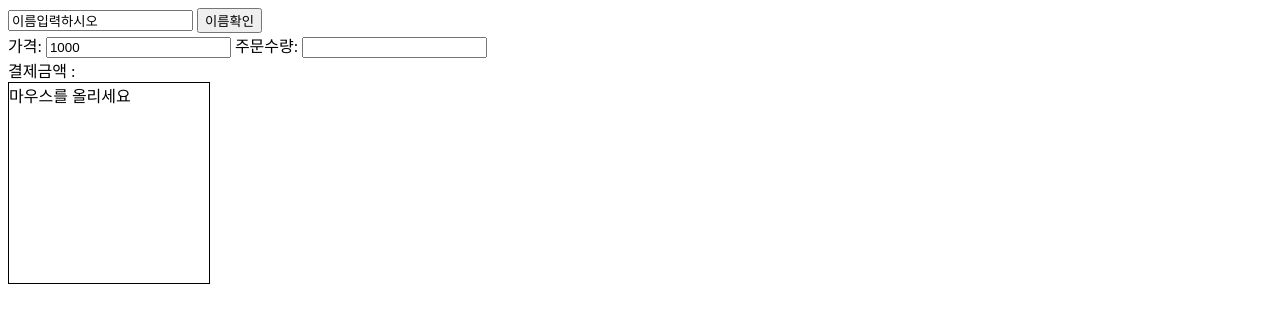
Repository: HmDol/Spring_study
Page: http://localhost/project1/Eventjsp.jsp
An editor plug-in stored every save of this project. The page is shown before and after the next save, followed by the edit.
The browser window is 1280 px wide. The pictures show the whole page.
The page is served by Tomcat 10. Other server files are loaded and not shown.

Above is the page before, as saved 2023-09-06 03:13:44.

### project1/src/main/webapp/Eventjsp.jsp
<%@ page language="java" contentType="text/html; charset=EUC-KR"
    pageEncoding="EUC-KR"%>
<!DOCTYPE html>
<html>
<head>
<meta charset="EUC-KR">
<title>Insert title here</title>
</head>
<script>
window.onload = () => {
//초기화
	//alert('윈도우 로드됨');
}
const a = () => {
	alert("당신의 이름은 "+f.t1.value+"입니다.");
}
const b = () => {
	//alert("결제금액은 " + (f.t2.value * f.t3.value) + "원 입니다.");
	let span = document.getElementById("res");
	span.innerHTML = (f.t2.value * f.t3.value) + "원 입니다.";
}

const c = () =>{
	f.t1.value="";
}

const d = () => {
	let d1 = document.getElementById("d1");
	d1.style.backgroundColor = "orange";
}

const e = () =>{
	let d1 = document.getElementById("d1");
	d1.style.backgroundColor = "";
}
</script>

<body>
<form action="" name="f">
<input type="text" name="t1" value="이름입력하시오" onfocus="c()">
<input type="button" nmae="b1" value="이름확인" onclick="a()"><br>
가격: <input type="text" name="t2" value="1000" readonly>
주문수량: <input type="number" name="t3" onchange="b()" ><br>
결제금액 : <span id="res"></span><br>
<div id="d1" style="width:200px; height:200px; border:1px solid black;" onmouseover="d()" onmouseout="e()">
마우스를 올리세요
</div>
</form>

</body>
</html>

After the next save:
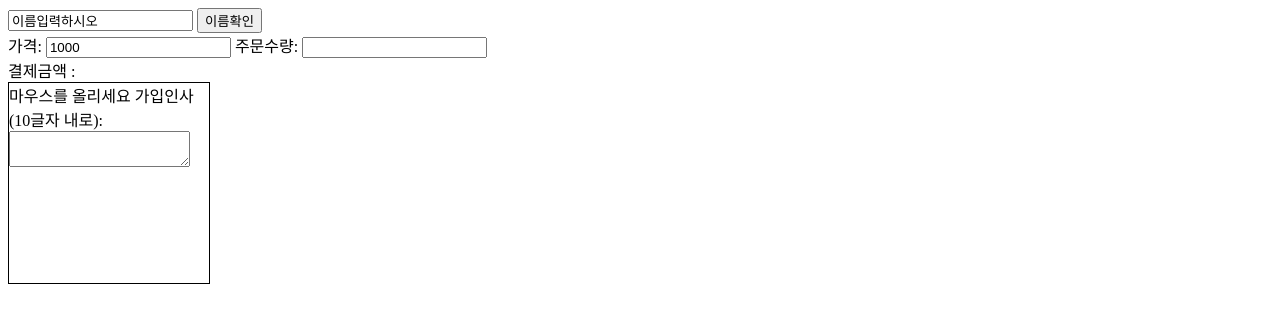
Saved 3 min 26 s later.
--- a/project1/src/main/webapp/Eventjsp.jsp
+++ b/project1/src/main/webapp/Eventjsp.jsp
@@ -44,6 +44,7 @@ const e = () =>{
 결제금액 : <span id="res"></span><br>
 <div id="d1" style="width:200px; height:200px; border:1px solid black;" onmouseover="d()" onmouseout="e()">
 마우스를 올리세요
+가입인사(10글자 내로): <textarea row="3" cols="20" onkeydown="f()"></textarea>
 </div>
 </form>
 
